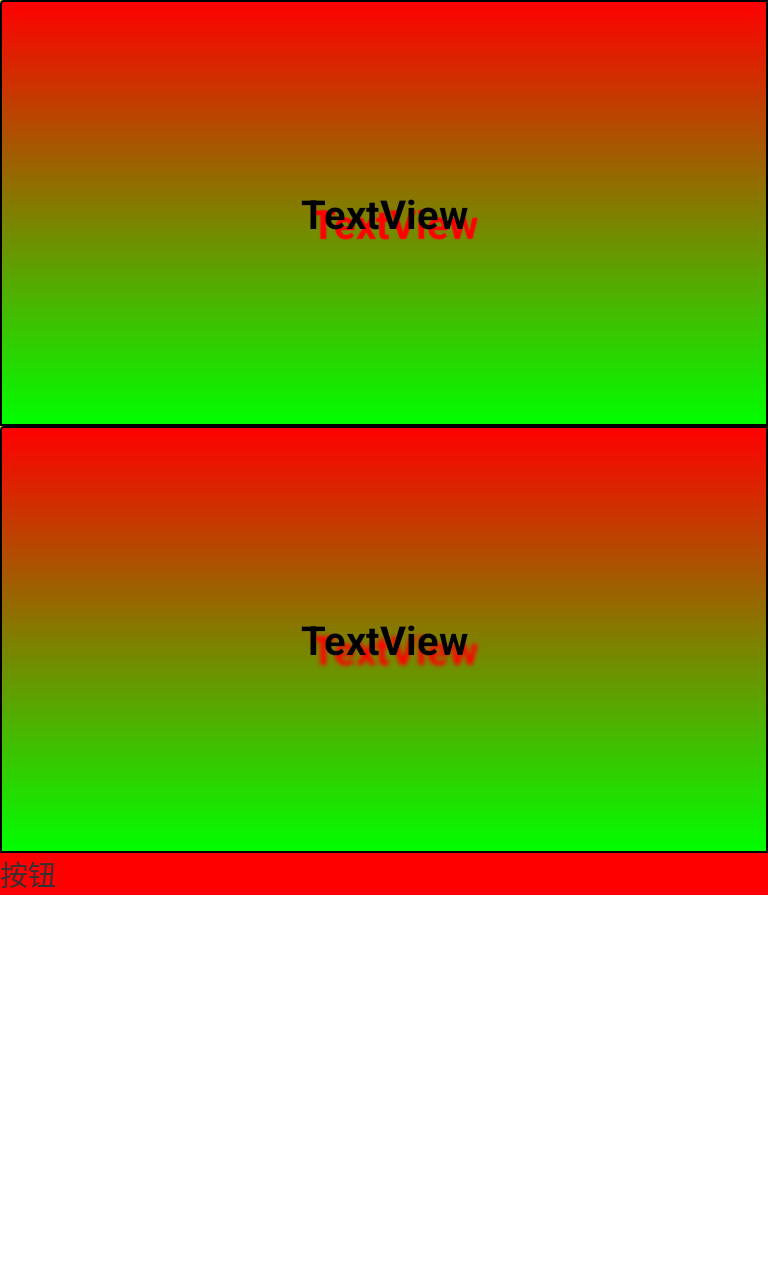
Repository: yhtaphp/yhtqgit
Layout: android/TextView/res/layout/activity_main.xml
An editor plug-in stored every save of this project. The layout is shown before and after the next save, followed by the edit.
It is drawn on a 768 x 1280 px phone screen (xhdpi) without system bars, with theme AppTheme; the app's code is not run.

Above is the layout before, as saved 2016-09-11 13:48:53.

After the next save:
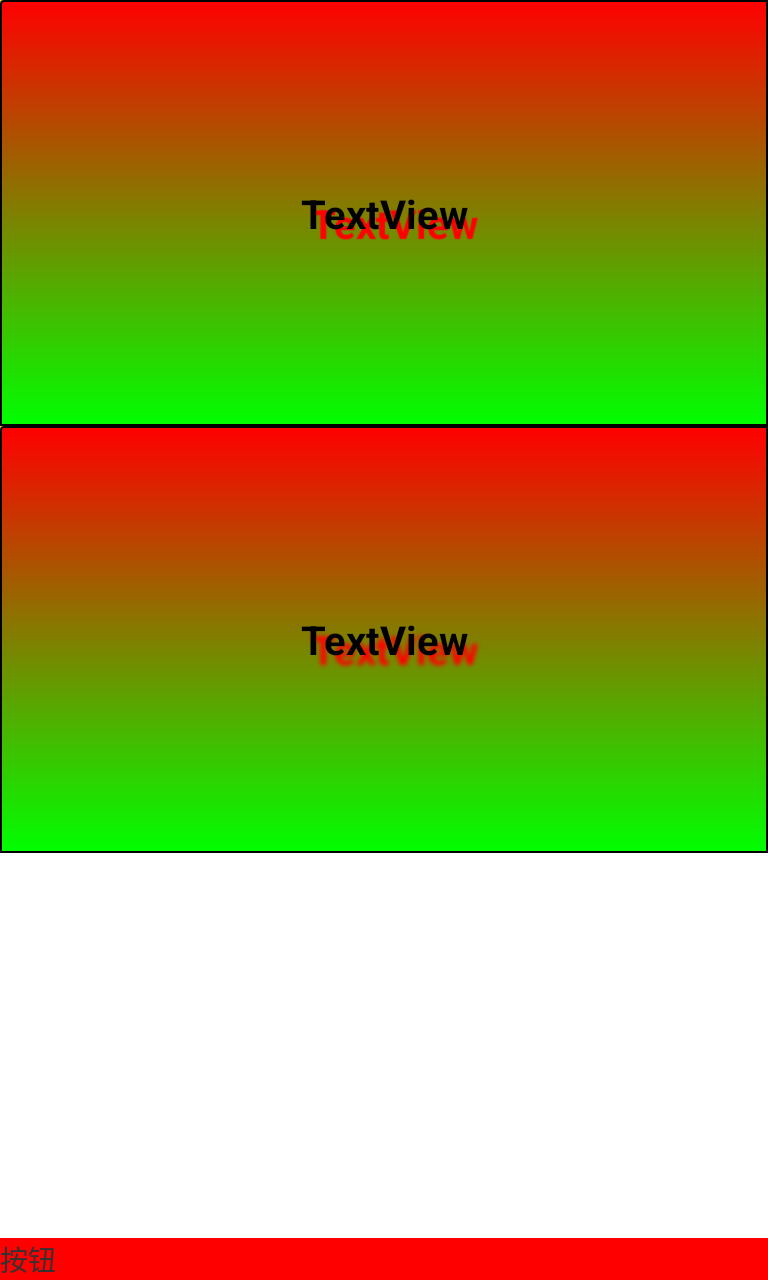
Saved 15 s later.
--- a/android/TextView/res/layout/activity_main.xml
+++ b/android/TextView/res/layout/activity_main.xml
@@ -38,6 +38,7 @@
         android:text="TextView" />
 
    <LinearLayout
+       android:gravity="bottom"
        android:layout_width="match_parent"
        android:layout_height="0dp"
        android:layout_weight="1"
